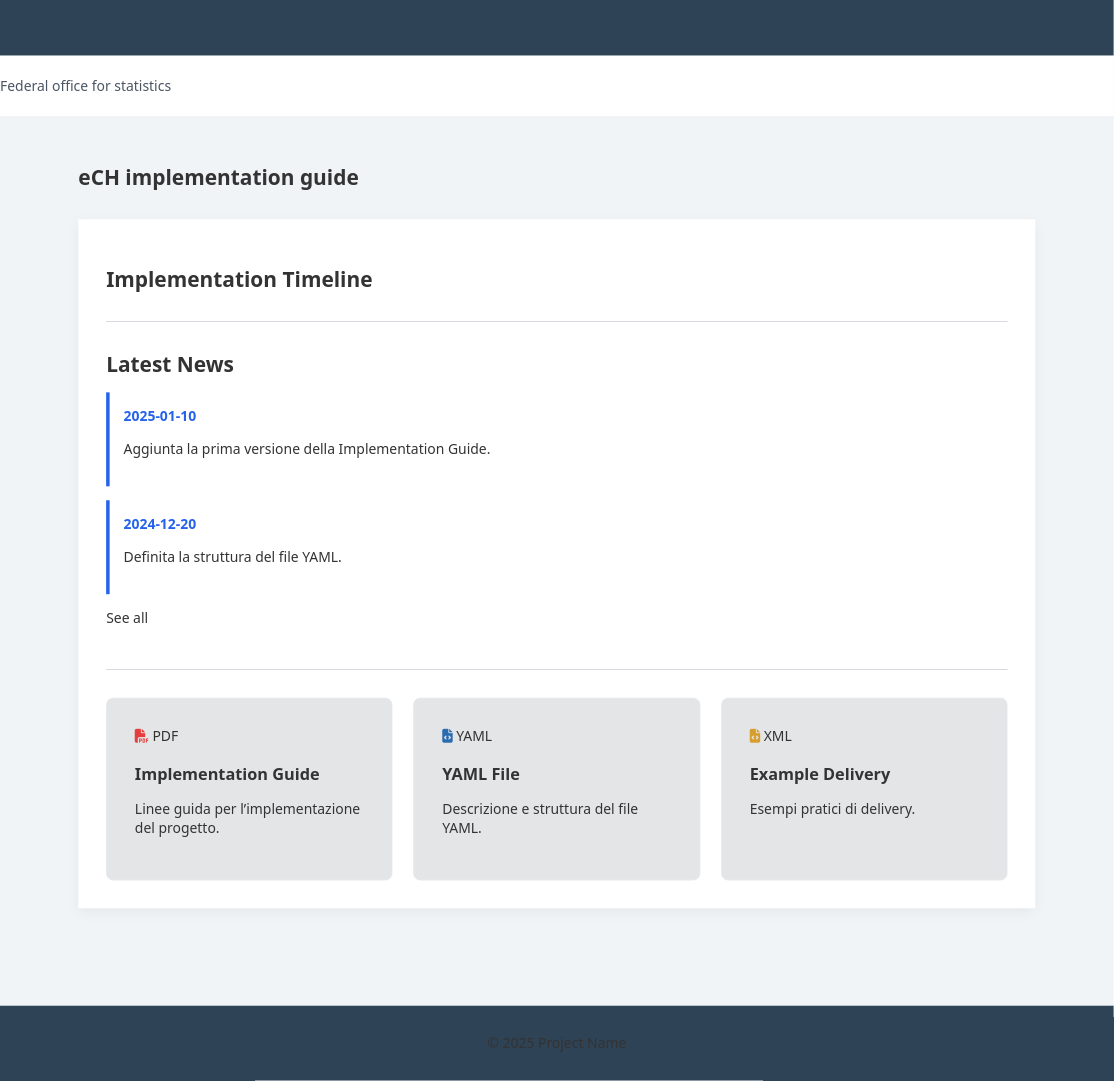
Repository: bfspoku/ech-0252-docs
Page: index.html
The author's editor kept a copy of each file at every save. The page is drawn from the files as they stood at one save, then again after the next save.
The browser window is 1280 px wide. The pictures show the whole page, at 87% of full size.

Above is the page before, as saved 2025-12-16 16:02:23.

### index.html
<!-- LINK FOR FONTS -->
<link rel="preconnect" href="https://fonts.googleapis.com">
<link rel="preconnect" href="https://fonts.gstatic.com" crossorigin>
<link href="https://fonts.googleapis.com/css2?family=Noto+Sans:ital,wght@0,400;0,600;0,700;1,400&display=swap" rel="stylesheet">
<!-- LINK FOR SVG -->
<link rel="stylesheet" href="https://cdnjs.cloudflare.com/ajax/libs/font-awesome/6.5.0/css/all.min.css">

<!DOCTYPE html>
<html lang="it">
<head>
  <meta charset="UTF-8">
  <title>eCH implementation guide</title>
  <link rel="stylesheet" href="css/style.css">
</head>
<body>

<header>

</header>

<section class="sub-banner">
      <p>Federal office for statistics</p>
</section>


<main>
    <h2>eCH implementation guide</h2>
    <section class = "wrapper">
    <!-- INFORMATION -->
    <section class="information">

        <h2> Implementation Timeline<h2>

        <div class="divider"></div>

        <h2>Latest News</h2>

        <ul class="updates">
        <li>
            <span class="date">2025-01-10</span>
            <p>Aggiunta la prima versione della Implementation Guide.</p>
        </li>
        <li>
            <span class="date">2024-12-20</span>
            <p>Definita la struttura del file YAML.</p>
        </li>
        </ul>
        <p>See all</p>
    </section>

    <div class="divider"></div>

    <!-- CARDS -->
    <section class="cards">
        <a class="card" href="implementation-guide.html">
        <i class="fas fa-file-pdf" style="color:#E53E3E;"></i> PDF
        <h3>Implementation Guide</h3>
        <p>Linee guida per l’implementazione del progetto.</p>
        </a>

        <a class="card" href="yaml-file.html">
        <i class="fas fa-file-code" style="color:#2B6CB0;"></i> YAML
        <h3>YAML File</h3>
        <p>Descrizione e struttura del file YAML.</p>
        </a>

        <a class="card" href="example-delivery.html">
        <i class="fas fa-file-code" style="color:#D69E2E;"></i> XML
        <h3>Example Delivery</h3>
        <p>Esempi pratici di delivery.</p>
        </a>
    </section>

    </section>

</main>

<footer>
  <p>© 2025 Project Name</p>
</footer>

</body>
</html>

### css/style.css
body {
    font-family: 'Noto Sans', system-ui, -apple-system, BlinkMacSystemFont,
    'Segoe UI', Roboto, Ubuntu, Cantarell, 'Helvetica Neue',
    Arial, sans-serif;
    margin: 0;
    background: #f0f4f7;
    color: #333;
  }

  header {
    background: #2f4356;
    color: white;
    padding: 2rem;
  }

  /* SUB-BANNER */
  .sub-banner {
    background-color: white;   /* bianco puro */
    padding: 1.5rem 0;         /* verticale */
    border-bottom: 1px solid #e5e7eb; /* linea di separazione */
  }

  .sub-banner h2 {
    margin: 0 0 0.5rem 0;
    font-weight: 600;
    color: #111827;
  }

  .sub-banner p {
    margin: 0;
    color: #4b5563;
    font-size: 16px;
  }

  main {
    padding: 2rem;
    max-width: 1100px;
    margin: auto;
  }

  h1, h2 {
    margin-bottom: 1rem;
  }

  .divider {
    width: 100%;             /* prende tutta la larghezza della wrapper o del container */
    height: 1px;             /* spessore della linea */
    background: #d1d5db;
    margin: 2rem 0;          /* spazio sopra e sotto */
    border: none;
  }

  /* Main wrapper for all the pages */
  .wrapper {
    max-width: 1100px;      /* larghezza massima */
    margin: 2rem auto;      /* centrato orizzontalmente, margine verticale */
    padding: 2rem;          /* spazio interno */
    background-color: #ffffff;  /* bianco-beige chiaro */
    box-shadow: 0 4px 15px rgba(0,0,0,0.05); /* leggero effetto profondità */
  }

  /* INFORMATION */
  .information {
    margin-bottom: 3rem;
  }

  .updates {
    list-style: none;
    padding: 0;
  }

  .updates li {
    background: white;
    padding: 1rem;
    border-left: 4px solid #2563eb;
    margin-bottom: 1rem;
  }

  .date {
    font-weight: bold;
    color: #2563eb;
  }

  /* CARDS */
  .cards {
    display: grid;
    grid-template-columns: repeat(auto-fit, minmax(250px, 1fr));
    gap: 1.5rem;
  }

  .card {
    background: #e4e5e7;
    padding: 2rem;
    text-decoration: none;
    color: inherit;
    border: 1px solid #e5e7eb;
    border-radius: 8px;
    transition: transform 0.2s, box-shadow 0.2s;
  }

  .card:hover {
    transform: translateY(-5px);
    box-shadow: 0 10px 20px rgba(0,0,0,0.1);
  }

  footer {
    text-align: center;
    padding: 1rem;
    background: #2f4356;
    margin-top: 3rem;
  }

After the next save:
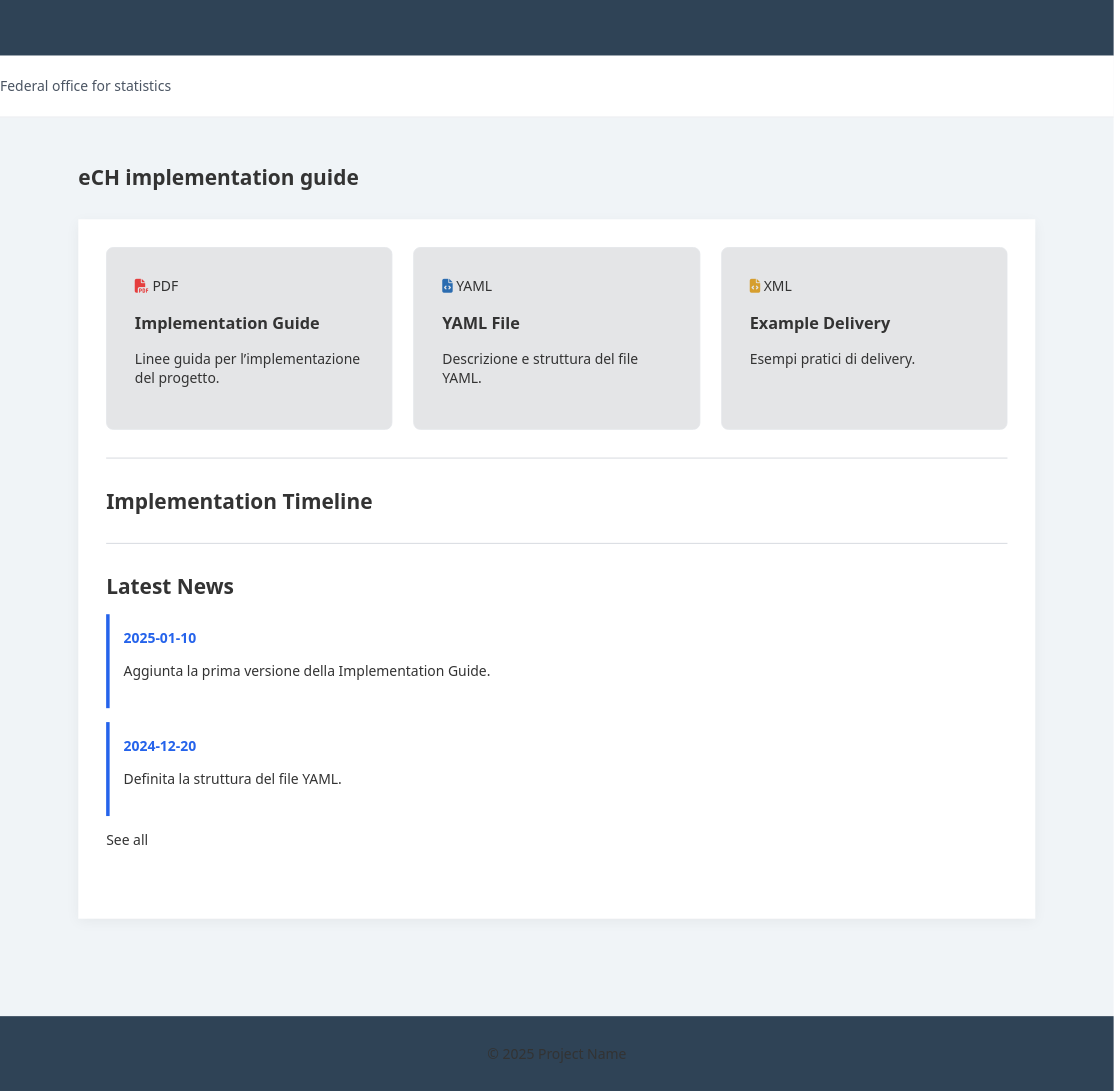
Saved 59 s later.
--- a/index.html
+++ b/index.html
@@ -26,50 +26,51 @@
 <main>
     <h2>eCH implementation guide</h2>
     <section class = "wrapper">
-    <!-- INFORMATION -->
-    <section class="information">
 
-        <h2> Implementation Timeline<h2>
+        <!-- CARDS -->
+        <section class="cards">
+            <a class="card" href="implementation-guide.html">
+            <i class="fas fa-file-pdf" style="color:#E53E3E;"></i> PDF
+            <h3>Implementation Guide</h3>
+            <p>Linee guida per l’implementazione del progetto.</p>
+            </a>
+
+            <a class="card" href="yaml-file.html">
+            <i class="fas fa-file-code" style="color:#2B6CB0;"></i> YAML
+            <h3>YAML File</h3>
+            <p>Descrizione e struttura del file YAML.</p>
+            </a>
+
+            <a class="card" href="example-delivery.html">
+            <i class="fas fa-file-code" style="color:#D69E2E;"></i> XML
+            <h3>Example Delivery</h3>
+            <p>Esempi pratici di delivery.</p>
+            </a>
+        </section>
 
         <div class="divider"></div>
 
-        <h2>Latest News</h2>
+        <!-- INFORMATION -->
+        <section class="information">
 
-        <ul class="updates">
-        <li>
-            <span class="date">2025-01-10</span>
-            <p>Aggiunta la prima versione della Implementation Guide.</p>
-        </li>
-        <li>
-            <span class="date">2024-12-20</span>
-            <p>Definita la struttura del file YAML.</p>
-        </li>
-        </ul>
-        <p>See all</p>
-    </section>
+            <h2> Implementation Timeline<h2>
 
-    <div class="divider"></div>
+            <div class="divider"></div>
 
-    <!-- CARDS -->
-    <section class="cards">
-        <a class="card" href="implementation-guide.html">
-        <i class="fas fa-file-pdf" style="color:#E53E3E;"></i> PDF
-        <h3>Implementation Guide</h3>
-        <p>Linee guida per l’implementazione del progetto.</p>
-        </a>
+            <h2>Latest News</h2>
 
-        <a class="card" href="yaml-file.html">
-        <i class="fas fa-file-code" style="color:#2B6CB0;"></i> YAML
-        <h3>YAML File</h3>
-        <p>Descrizione e struttura del file YAML.</p>
-        </a>
-
-        <a class="card" href="example-delivery.html">
-        <i class="fas fa-file-code" style="color:#D69E2E;"></i> XML
-        <h3>Example Delivery</h3>
-        <p>Esempi pratici di delivery.</p>
-        </a>
-    </section>
+            <ul class="updates">
+            <li>
+                <span class="date">2025-01-10</span>
+                <p>Aggiunta la prima versione della Implementation Guide.</p>
+            </li>
+            <li>
+                <span class="date">2024-12-20</span>
+                <p>Definita la struttura del file YAML.</p>
+            </li>
+            </ul>
+            <p>See all</p>
+        </section>
 
     </section>
 
